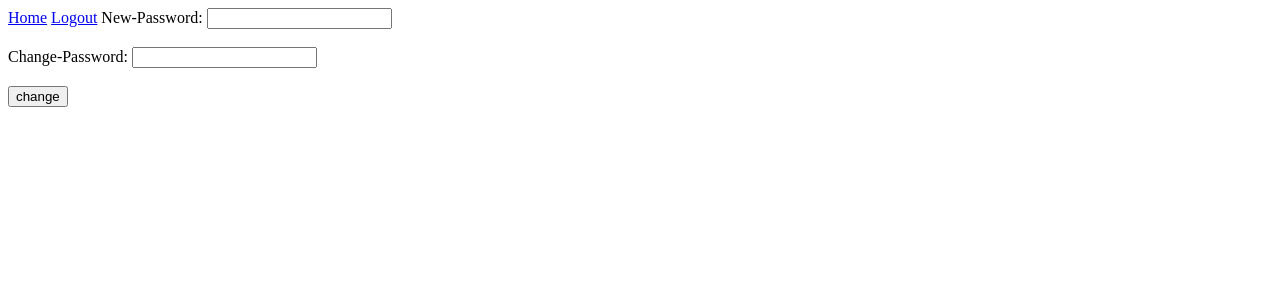
Repository: pawankumarsharm/UST_JDBC_SERVLET
Page: jdbc/empwebapp/WebContent/changepassword.html
The author's editor kept a copy of each file at every save. The page is drawn from the files as they stood at one save, then again after the next save.
The browser window is 1280 px wide. The pictures show the whole page.

Above is the page before, as saved 2019-11-15 08:35:34.

After the next save:
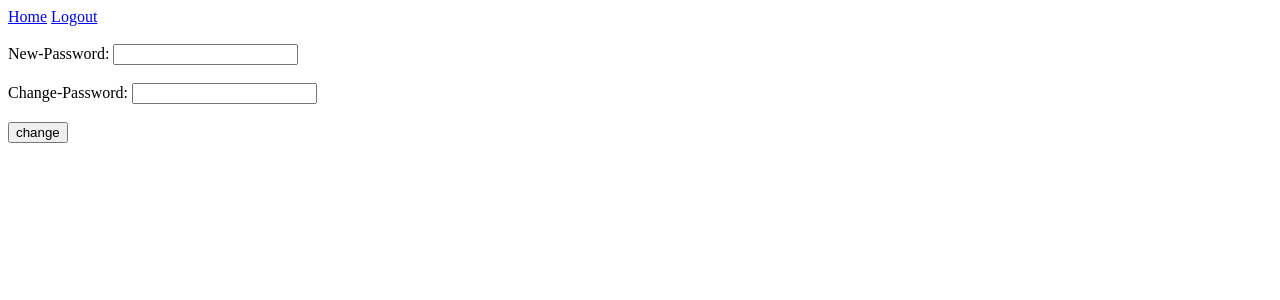
Saved 31 s later.
--- a/jdbc/empwebapp/WebContent/changepassword.html
+++ b/jdbc/empwebapp/WebContent/changepassword.html
@@ -6,7 +6,7 @@
 </head>
 <body>
 <form action="">
-		<a href="#"&nbsp>Home</a>  <a href="#"&nbsp>Logout</a>
+		<a href="#"&nbsp>Home</a>  <a href="#"&nbsp>Logout</a><br><br>
 		New-Password: <input name="password" type="text"><br><br>
 		Change-Password: <input type="text" name="confirmpassword"><br><br>
 		<input type="submit" value ="change"><br>
